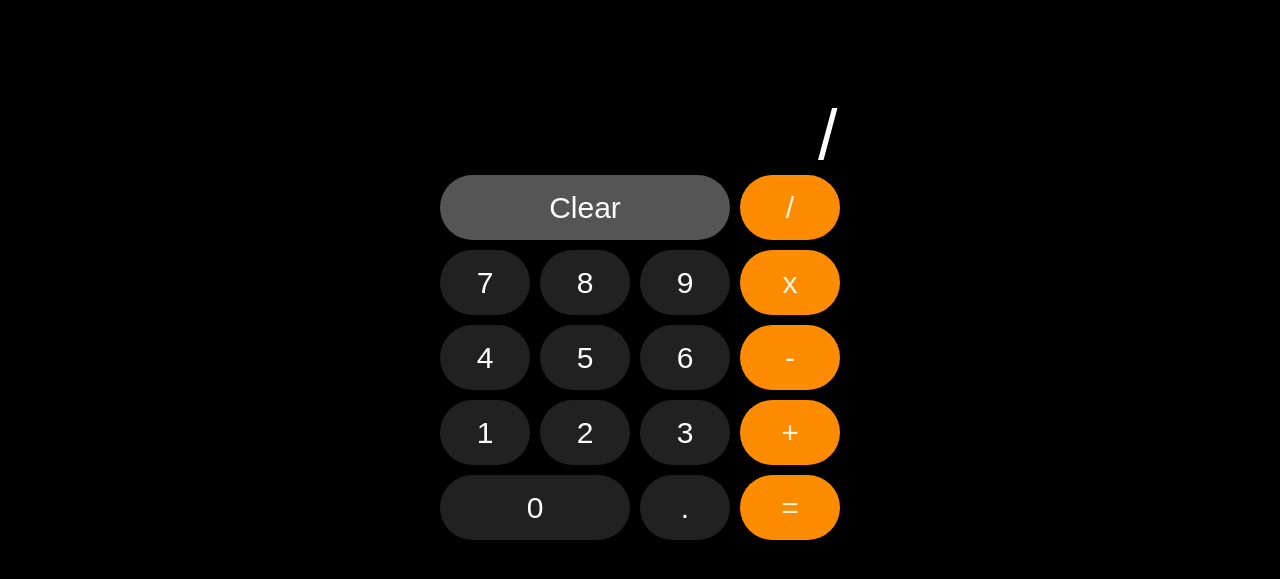
Repository: kocokoy/Calculator
Page: index.html
The author's editor kept a copy of each file at every save. The page is drawn from the files as they stood at one save, then again after the next save.
The browser window is 1280 px wide. The pictures show the whole page.
After loading, the first visible `button.operator-button` was clicked once.

Above is the page before, as saved 2024-10-23 09:09:33.

After the next save:
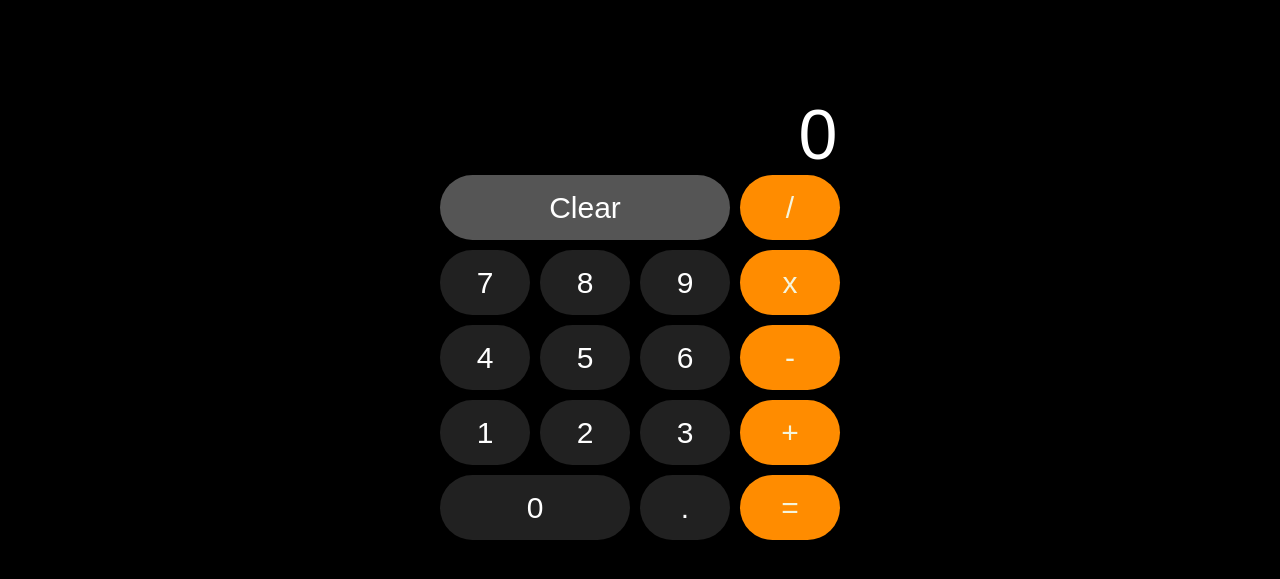
Saved 2 min 32 s later.
--- a/script.js
+++ b/script.js
@@ -51,7 +51,7 @@ function buttonsClicked(){
     operButton.addEventListener('click', () => {
       if(operButton.textContent != '='){
         operator = operButton.textContent;
-        outputElements(operator);
+        // outputElements(operator);
       }else{
         if(num1 && num2 && operator){
           equals = operButton.textContent;
